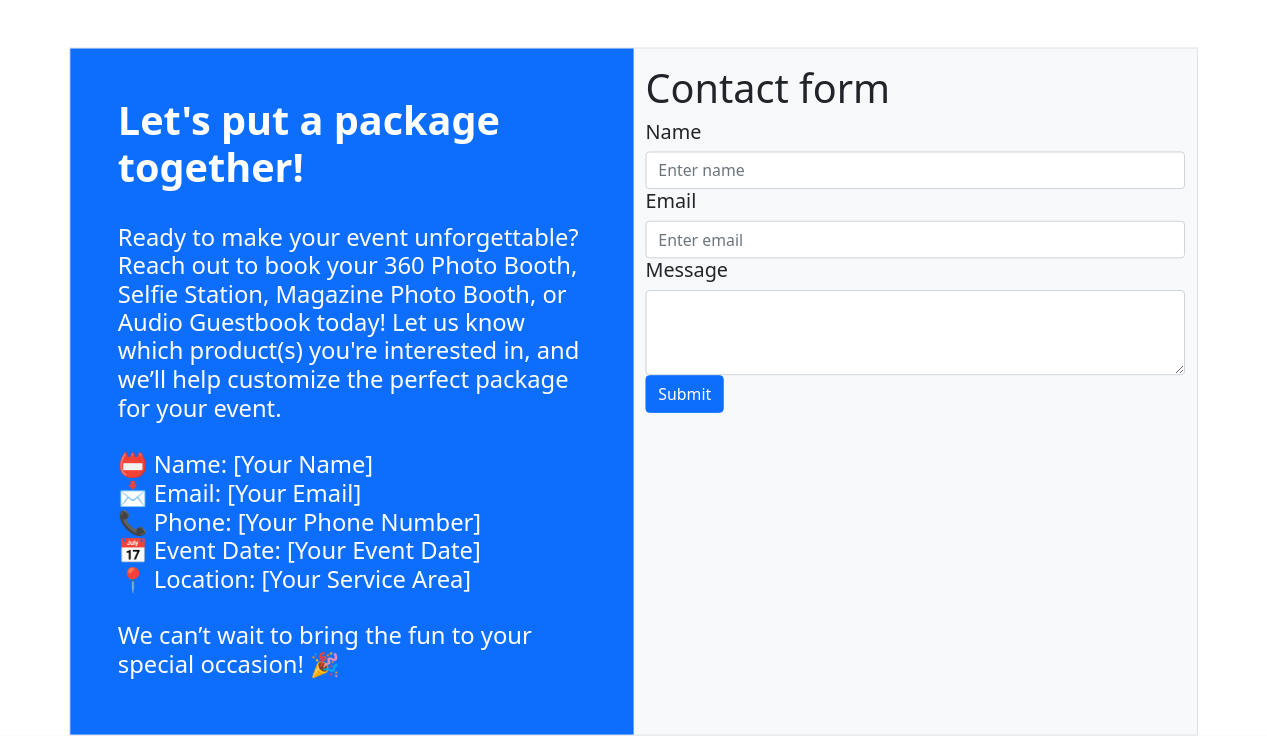
Repository: ErvinClay13/Vogue360-website
Page: contactUs.html
An editor plug-in stored every save of this project. The page is shown before and after the next save, followed by the edit.
The browser window is 1280 px wide. The pictures show the whole page, at 99% of full size.
Backgrounds fixed to the window are drawn as part of the page.

Above is the page before, as saved 2025-03-06 03:32:15.
Console error: ReferenceError: emailjs is not defined

### contactUs.html
<!DOCTYPE html>
<html lang="en">
<head>
    <meta charset="UTF-8">
    <meta name="viewport" content="width=device-width, initial-scale=1.0">
    <link
         rel="icon"
         type="image.png"
         sizes="32x32"
         href="images/VogueLogo.png">
    <link rel="stylesheet" href="myStyle/style.css">
    <link rel="stylesheet" href="why-us.html">
    <link rel="stylesheet" href="gallery.html">
    <link rel="stylesheet" href="packages.html">
    <link rel="stylesheet" href="home.html">
    <link href="https://cdn.jsdelivr.net/npm/bootstrap@5.0.2/dist/css/bootstrap.min.css"
        rel="stylesheet" integrity="sha384-EVSTQN3/azprG1Anm3QDgpJLIm9Nao0Yz1ztcQTwFspd3yD65VohhpuuCOmLASjC"
        crossorigin="anonymous">
    <title>Contact Us</title>



    <script src="script.js"></script>

    <style>
      /* Hamburger Menu Styles */
      .menu-toggle {
          display: none;
          flex-direction: column;
          cursor: pointer;
          position: absolute;
          top: 20px;
          right: 20px;
          z-index: 1000;
      }

      .menu-toggle div {
          width: 30px;
          height: 4px;
          background-color: white;
          margin: 5px;
          transition: 0.3s;
      }

      .link-pages {
          display: flex;
          gap: 20px;
      }

      #headerText {
          font-size: 5vw;
          text-align: center;
          margin-top: 20px;
      }

      #myLogo {
          height: 200px;
          width: 200px;
          transition: all 0.3s ease;
      }

      @media screen and (max-width: 768px) {
          .menu-toggle {
              display: flex;
          }

          .link-pages {
              display: none;
              flex-direction: column;
              position: absolute;
              top: 60px;
              right: 0;
              background-color: rgba(56, 56, 56, 0.9);
              width: 100%;
              text-align: center;
              padding: 20px 0;
          }

          .link-pages.active {
              display: flex;
          }

          #myLogo {
              height: 80px;
              width: 80px;
              display: block;
              margin: 0 auto;
          }

          #headerText {
              font-size: 20vw;
              text-align: center;
              margin-top: 10px;
          }

          .headService h1 {
              font-size: 5vw;
          }

          header {
              display: flex;
              flex-direction: column;
              align-items: center;
          }

          .vidBox {
          display: flex;
          flex-wrap: wrap;
          justify-content: center;
      }

      .vidBox video {
          width: 100%;
          max-width: 1000px;
          height: 500px;
          transition: height 0.3s ease;
      }

      .blueLight {
        display: none;
      }

      .socialMediaBox {
        display: flex;
        flex-direction: column;
      }

      }
  </style>

    <script type="text/javascript"
    src="https://cdn.jsdelivr.net/npm/@emailjs/browser@4/dist/email.min.js">
</script>
<script type="text/javascript">
(function(){
  emailjs.init({
    publicKey: "pxI3h7P6SQYHLwxAj",
  });
})();
</script>

  </head>
  <body>

    <div class="wrapper">
        <!-- <header>
            <a href="home.html"></a><img  src="images/newLogo.png" id="myLogo" alt="">
            <h1 id="headerText">VOGUE-4ME-360</h1>
            <div class="link-pages" id="link_pages">
                <h3><a href="home.html" id="myLink">Home</a></h3>
                <h3><a href="packages.html" id="myLink">Packages</a></h3>
                <h3><a href="why-us.html" id="myLink">Why Us</a></h3>
                <h3><a href="packages.html" id="myLink">Packages</a></h3>

            </div>
        </header> -->

    </div>

    <div class="container border mt-5 bg-light">
        <div class="row">
          <div class="col-md-6 p-5 bg-primary text-white">
            <h1><strong>Let's put a package together!</strong></h1> <br>
            <h4>
              Ready to make your event unforgettable? Reach out to book your 360 Photo Booth, Selfie Station, Magazine Photo Booth, or Audio Guestbook today! Let us know which product(s) you're interested in, and we’ll help customize the perfect package for your event. <br> <br>

              📛 Name: [Your Name] <br>
              📩 Email: [Your Email] <br>
              📞 Phone: [Your Phone Number] <br>
              📅 Event Date: [Your Event Date] <br>
              📍 Location: [Your Service Area] <br> <br>

              We can’t wait to bring the fun to your special occasion! 🎉
            </h4>
          </div>
          <div class="col-md-6 border-left py-3">
            <h1>Contact form</h1>
            <div class="form-group">
              <h5 for="name">Name</h5>
              <input
                type="text"
                class="form-control"
                id="name"
                placeholder="Enter name"
              />
            </div>
            <div class="form-group">
              <h5 for="email">Email</h5>
              <input
                type="email"
                class="form-control"
                id="email"
                placeholder="Enter email"
              />
            </div>
            <div class="form-group">
              <h5 for="message">Message</h5>
              <textarea class="form-control" id="message" rows="3"></textarea>
            </div>
            <button class="btn btn-primary" onclick="sendMail()">Submit</button>
          </div>
        </div>
      </div>

### myStyle/style.css
@import url('https://fonts.googleapis.com/css2?family=Yellowtail&display=swap');

@font-face {
    font-family: myFont;
   src: url(School.otf);
}

@font-face {
    font-family: myFont2;
   src: url(TripleRainbow.otf);
}

@font-face {
    font-family: myFont3;
   src: url(NewFont.ttf);
}

*{
    padding: 0;
    margin: 0;
    box-sizing: border-box;
}

body {
    background-color: rgba(187, 187, 187, 0.674);
    background-image: url(backgroundLogo.png);
    background-repeat: no-repeat;
    background-position: center;
    background-attachment: fixed;
}

#myLogo {
    height: 200px;
    width: 200px;
    margin-top: 20px;
    margin-left: 40px;
    border: solid 4px #0055d4f5;;
    border-radius: 150px;
    box-shadow: 5px 15px 40px #0055d4f5;



}

header {
    display: flex;
    justify-content: space-between;
    padding-right: 30px;
    padding-left: 50px;
    background-color: rgba(56, 56, 56, 0.698);
    height: 30vh;
    box-shadow: 5px 15px 40px #0055d4f5;
}

a {
    text-decoration: underline;
    color: #151515;
}

a:link {
    color: #151515;
}

a:hover {
    color: #01398cf5;
    text-decoration: underline;
}

.link-pages {
    align-self: center;
    margin-top: 30px;
    font-size: 25px;
    font-family: "Yellowtail", cursive;
    display: flex;
    gap: 20px;
    box-shadow: 5px 15px 40px #0055d4f5;
    text-shadow: 5px 15px 30px #0055d4f5;
}



#myLink {
    color: black;
    font-weight: bold;
    text-shadow: 5px 15px 20px #0055d4;
    cursor: url("cursorLogo.png"), auto;
}
#myLink:hover{
    color: #01398cf5;
}





#servImg {
    height: 250px;
    width: 250px;
    border-radius: 20px;
}

#packImg {
    height: 250px;
    width: 250px;
    border-radius: 20px;
}




#headerText {
    align-content: center;
    margin-top: 70px;
    font-size: 150px;
    font-family: myFont3;
    height: 120px;
    border-radius: 80px;
    text-shadow: 5px 15px 40px #0055d4f5;
    font-weight: 100;

}



.galleryContainer {
    margin-top: 60PX;
    display: flex;
    flex-direction: column;
    align-items: center;
    justify-content: space-between;

}



.galleryBoxes {
    justify-content: center;
    margin-top: 30px;
    display: flex;
    flex-wrap: wrap;
    width: 1000px;
    justify-content: space-between;
    row-gap: 25px;
    box-shadow: 5px 15px 40px #0055d4f5;
}

.boxes:hover {
    transform: scale(1.2);
    box-shadow: 5px 15px 40px #8600d4f5;
}

.homeVidContainer {
    margin-top: 30px;
    display: flex;
    flex-direction: column;
    align-items: center;
    margin-bottom: 200px
}

.vidBox {
    display: flex;
    align-items: center;
    gap: 15px;
    box-shadow: 5px 15px 40px #0055d4f5;
}

.packageTitle {
    display: flex;
    margin-top: 50px;
    flex-direction: column;
    align-items: center;
    font-size: 40px;
    text-shadow: 5px 15px 40px #0055d4f5;
}

.packageContainer {
    margin-top: 100px;
    display: flex;
    gap: 80px;
    justify-content: center;
    text-shadow: 5px 15px 40px #0055d4f5;
    margin-bottom: 100px;
}

#pack {
    border: solid 2px rgb(67, 67, 67);
    box-shadow: 5px 15px 40px #0055d4f5;
    padding: 15px;
    border-radius: 20px;
}

#pack:hover {
    transform: scale(1.2);
    box-shadow: 5px 15px 40px #8600d4f5;
    background-color: #8600d45b;
}

.headBox {
    font-size: 30px;
    padding-bottom: 10px;
}

.headBox:hover {
    color:#8600d4f5;
    cursor: url("cursorLogo.png"), auto;
}

.headService {
    display: flex;
    margin-top: 50px;
    flex-direction: column;
    align-items: center;
    font-size: 40px;
    text-shadow: 5px 15px 40px #0055d4f5;

}

.servicesContainer {
    margin-top: 60px;
    display: flex;
    gap: 80px;
    justify-content: center;
    text-shadow: 5px 15px 40px #0055d4f5;
    margin-bottom: 100px;
    flex-wrap: wrap;

}



.serviceBox {
    max-width: 300px;
    box-shadow: 5px 15px 40px #0055d4f5;
    text-align: center;
    border-radius: 10px;
    padding: 20px;

}

.serviceBox:hover {
    transform: scale(1.2);
    box-shadow: 5px 15px 40px #8600d4f5;

}
.bookToday {
    margin-top: 10px;
    box-shadow: 5px 15px 40px #0055d4f5;
    text-shadow: 5px 15px 40px #0055d4f5;
    cursor: url("cursorLogo.png"), auto;
    border: solid 2px #0055d4f5;
    border-radius: 10px;
    height: 35px;
    width: 120px;
    font-size: 15px;

}

.bookToday:hover {
    background-color: #8600d4f5;
}

.package {
    max-width: 300px;
    box-shadow: 5px 15px 40px #0055d4f5;
    text-align: center;
    border-radius: 10px;
    padding: 20px;
}

.aboutUsContainer {
    margin-top: 60px;
    display: flex;
    gap: 80px;
    justify-content: center;
    text-shadow: 5px 15px 40px #0055d4f5;
    margin-bottom: 100px;
}

.aboutUsBox {
    max-width: 300px;
    box-shadow: 5px 15px 40px #0055d4f5;
    text-align: center;
    border-radius: 10px;
    padding: 20px;
}

.aboutUsBox:hover {
    transform: scale(1.2);
    box-shadow: 5px 15px 40px #8600d4f5;

}

.socialMediaContainer {
    margin-top: 60px;
    display: flex;
    justify-content: center;
    margin-bottom: 100px;
}

.socialMediaBox {
    display: flex;
    gap: 80px;
}

#socImg {
    height: 80px;
    width: 80px;
    border-radius: 100px;
    box-shadow: 5px 15px 40px #0055d4f5;
    cursor: url("cursorLogo.png"), auto;
}

#socImg:hover {
    box-shadow: 5px 15px 40px #8600d4f5;
    transform: scale(1.2);
}

.whyUsImgContainer {
    width: 1920px;
    background-color: gray;
    margin-top: 20px;
    display: flex;
    flex-direction: column;
    align-items: center;
    margin-bottom: 50px;
    box-shadow: 5px 15px 40px #0055d4f5;
}



.whyUsTextContainer{
    display: flex;
    flex-direction: column;
    align-content: center;
    align-items: center;
}

#whyUsHeading{
    font-size: 45px;
    text-shadow: 5px 15px 40px #0055d4f5;
}

#whyUsText {
    margin-top: 25px;
    font-size: 25px;
    width: 1400px;
    text-shadow: 5px 15px 40px #0055d4f5;
}

.whyUsFeaturesContainer {
    margin-top: 60px;
    display: flex;
    gap: 80px;
    justify-content: center;
    text-shadow: 5px 15px 40px #0055d4f5;
    margin-bottom: 200px;
    flex-wrap: wrap;
}

#whyUsImg {
    height:600px;
    width: 600px;
}


.featureBox {
    max-width: 400px;
    max-height: 400px;
    box-shadow: 5px 15px 40px #0055d4f5;
    text-align: center;
    border-radius: 10px;
    padding: 20px;
}


.galleryBoxes {
    justify-content: center;
    margin-top: 30px;
    display: flex;
    flex-wrap: wrap;
    width: 1000px;
    justify-content: space-between;
    row-gap: 25px;
    box-shadow: 5px 15px 40px #0055d4f5;
}

### gallery.html
<!DOCTYPE html>
<html lang="en">
<head>
    <meta charset="UTF-8">
    <meta name="viewport" content="width=device-width, initial-scale=1.0">
    <link
         rel="icon"
         type="image.png"
         sizes="32x32"
         href="images/VogueLogo.png">
    <link rel="stylesheet" href="myStyle/style.css">
    <link rel="stylesheet" href="why-us.html">
    <link rel="stylesheet" href="gallery.html">
    <link rel="stylesheet" href="packages.html">
    <title>Vogue4Me360|Gallery</title>
</head>
<body>

    <div class="wrapper">
        <header>
            <a href="home.html"></a><img  src="images/newLogo.png" id="myLogo" alt="">
            <h1 id="headerText">VOGUE-4ME-360</h1>
            <div class="link-pages" id="link_pages">
                <h3><a href="home.html" id="myLinks">Home</a></h3>
                <h3><a href="packages.html" id="myLinks">Packages</a></h3>
                <h3><a href="why-us.html" id="myLinks">Why Us</a></h3>
                <h3><a href="contactUs.html" id="myLinks">Contact Us</a></h3>
            </div>
        </header>
        <div style="background-color: rgb(0, 0, 0);" class="homeVidContainer">
            <div class="vidBox">
                <div class="boxes"> <video autoplay controls muted loop src="videoGallery/hoW IT STARTED(4).mp4" width="100%" height="700" ></video></div>
            </div>
        </div>
        <div class="galleryContainer">
            <H1>GALLERY</H1>
            <div class="galleryBoxes">
                <div class="boxes"> <video controls src="videoGallery/jacketvid.mp4" width="200" height="300"></video></div>
                <div class="boxes"> <video controls src="videoGallery/galVid2.mp4" width="200" height="300"></video></div>
                <div class="boxes"> <video controls src="videoGallery/galVid6.mp4" width="200" height="300"></video></div>
                <div class="boxes"> <video controls src="videoGallery/galVid4.mp4" width="200" height="300"></video></div>
                <div class="boxes"> <video controls src="videoGallery/galVid3.mp4" width="200" height="300"></video></div>
                <div class="boxes"> <video controls src="videoGallery/jacketvid.mp4" width="200" height="300"></video></div>
                <div class="boxes"> <video controls src="videoGallery/jacketvid.mp4" width="200" height="300"></video></div>
                <div class="boxes"> <video controls src="videoGallery/jacketvid.mp4" width="200" height="300"></video></div>
                <div class="boxes"> <video controls src="videoGallery/jacketvid.mp4" width="200" height="300"></video></div>
                <div class="boxes"> <video controls src="videoGallery/jacketvid.mp4" width="200" height="300"></video></div>
                <!-- <div class="boxes"> <video controls src="videoGallery/jacketvid.mp4" width="200" height="300"></video></div>
                <div class="boxes"> <video controls src="videoGallery/jacketvid.mp4" width="200" height="300"></video></div>
                <div class="boxes"> <video controls src="videoGallery/jacketvid.mp4" width="200" height="300"></video></div>
                <div class="boxes"> <video controls src="videoGallery/jacketvid.mp4" width="200" height="300"></video></div>
                <div class="boxes"> <video controls src="videoGallery/jacketvid.mp4" width="200" height="300"></video></div> -->
            </div>
        </div>
    </div>


    <script src="script.js"></script>
</body>
</html>

### home.html
<!DOCTYPE html>
<html lang="en">
<head>
    <meta charset="UTF-8">
    <meta name="viewport" content="width=device-width, initial-scale=1.0">
    <link rel="icon" type="image/png" sizes="32x32" href="images/VogueLogo.png">
    <link rel="stylesheet" href="myStyle/style.css">
    <title>Vogue4Me360 - Home</title>
    <script src="script.js" defer></script>
    <style>
        /* Hamburger Menu Styles */
        .menu-toggle {
            display: none;
            flex-direction: column;
            cursor: pointer;
            position: absolute;
            top: 20px;
            right: 20px;
            z-index: 1000;
        }

        .menu-toggle div {
            width: 30px;
            height: 4px;
            background-color: white;
            margin: 5px;
            transition: 0.3s;
        }

        .link-pages {
            display: flex;
            gap: 20px;
        }

        #headerText {
            font-size: 5vw;
            text-align: center;
            margin-top: 20px;
        }

        #myLogo {
            height: 200px;
            width: 200px;
            transition: all 0.3s ease;
        }

        @media screen and (max-width: 768px) {
            .menu-toggle {
                display: flex;
            }

            .link-pages {
                display: none;
                flex-direction: column;
                position: absolute;
                top: 60px;
                right: 0;
                background-color: rgba(56, 56, 56, 0.9);
                width: 100%;
                text-align: center;
                padding: 20px 0;
            }

            .link-pages.active {
                display: flex;
            }

            #myLogo {
                height: 80px;
                width: 80px;
                display: block;
                margin: 0 auto;
            }

            #headerText {
                font-size: 20vw;
                text-align: center;
                margin-top: 10px;
            }

            .headService h1 {
                font-size: 5vw;
            }

            header {
                display: flex;
                flex-direction: column;
                align-items: center;
            }

            .vidBox {
            display: flex;
            flex-wrap: wrap;
            justify-content: center;
        }

        .vidBox video {
            width: 100%;
            max-width: 1000px;
            height: 500px;
            transition: height 0.3s ease;
        }

        .blueLight {
          display: none;
        }

        .socialMediaBox {
          display: flex;
          flex-direction: column;
        }

        }
    </style>
</head>
<body>
    <div class="wrapper">
        <header>
            <img src="images/newLogo.png" id="myLogo" alt="Vogue4Me360 Logo">
            <h1 id="headerText">VOGUE-4ME-360</h1>

            <div class="menu-toggle" onclick="toggleMenu()">
                <div></div>
                <div></div>
                <div></div>
            </div>

            <nav class="link-pages" id="link_pages">
                <a href="why-us.html">Why Us</a>
                <a href="gallery.html">Gallery</a>
                <a href="packages.html">Packages</a>
                <a href="contactUs.html">Contact Us</a>
            </nav>
        </header>

        <!-- Video Section -->
        <div class="homeVidContainer">
            <div class="vidBox">
                <video class="blueLight" style="transform: rotateY(180deg) rotateX(180deg)" autoplay muted loop src="myStyle/Untitled design(3).mp4" width="100%" height="500"></video>
                <video autoplay muted loop src="videoGallery/jacketvid.mp4" width="100%" height="500"></video>
                <video style="filter: grayscale(100%)" autoplay muted loop src="videoGallery/jacketvid.mp4" width="100%" height="500"></video>
                <video autoplay muted loop src="videoGallery/jacketvid.mp4" width="100%" height="500"></video>
                <video class="blueLight" style="transform: rotateX(180deg) rotate(180deg)" autoplay muted loop src="myStyle/Untitled design(3).mp4" width="100%" height="500"></video>
            </div>
        </div>

        <!-- Services Section -->
        <div class="headService">
            <h1>OUR PHOTO SERVICES</h1>
        </div>
        <div class="whyUsFeaturesContainer">
            <div class="serviceBox">
                <div class="headBox">360 Photo Booth</div>
                <div class="serviceImg">
                    <img id="servImg" src="images/vogue1.jpg" alt="360 Photo Booth" />
                </div>
                <p>We'll catch every angle with our Vogue 4Me 360 Photo Booth!</p>
                <a href="contactUs.html">
                    <button class="bookToday">BOOK TODAY</button>
                </a>
            </div>
            <div class="serviceBox">
                <div class="headBox">Selfie Station</div>
                <div class="serviceImg">
                    <img id="servImg" src="images/selfie.gif" alt="Selfie Station" />
                </div>
                <p>Create A Memory That Will Last Forever With Our Vogue 4Me Selfie Station!</p>
                <a href="contactUs.html">
                    <button class="bookToday">BOOK TODAY</button>
                </a>
            </div>
            <div class="serviceBox">
                <div class="headBox">Magazine Photo Booth</div>
                <div class="serviceImg">
                    <img id="servImg" src="images/Mag_photo-2.jpg" alt="Magazine Photo Booth" />
                </div>
                <p>Be The Headline Of Your Own Magazine With Our Vogue 4Me Magazine Photo Booth.</p>
                <a href="contactUs.html">
                    <button class="bookToday">BOOK TODAY</button>
                </a>
            </div>
            <div class="serviceBox">
                <div class="headBox">Audio Guestbook</div>
                <div class="serviceImg">
                    <img id="servImg" src="images/audio guest book.webp" alt="Audio Guestbook" />
                </div>
                <p>Ditch The Pen And Paper GuestBook And Upgrade To Our Vogue 4Me Audio Guestbook Which Allows Your Guests To Record A Message For Your Special Event.</p>
                <a href="contactUs.html">
                    <button class="bookToday">BOOK TODAY</button>
                </a>
            </div>
        </div>

        <!-- Social Media Section -->
        <div class="socialMediaContainer">
            <div class="socialMediaBox">
                <img id="socImg" src="images/facebook-circle-logo-png.png" alt="Facebook" />
                <img id="socImg" src="images/instaLogo.jpg" alt="Instagram" />
                <img id="socImg" src="images/youTubeLogo.png" alt="YouTube" />
                <img id="socImg" src="images/tiktok logo.jpg" alt="TikTok" />
            </div>
        </div>
    </div>

    <script>
        function toggleMenu() {
            document.getElementById("link_pages").classList.toggle("active");
        }
    </script>
</body>
</html>

Loaded but not shown: script.js (22 lines, source omitted); why-us.html (182 lines, source omitted); packages.html (202 lines, source omitted)

After the next save:
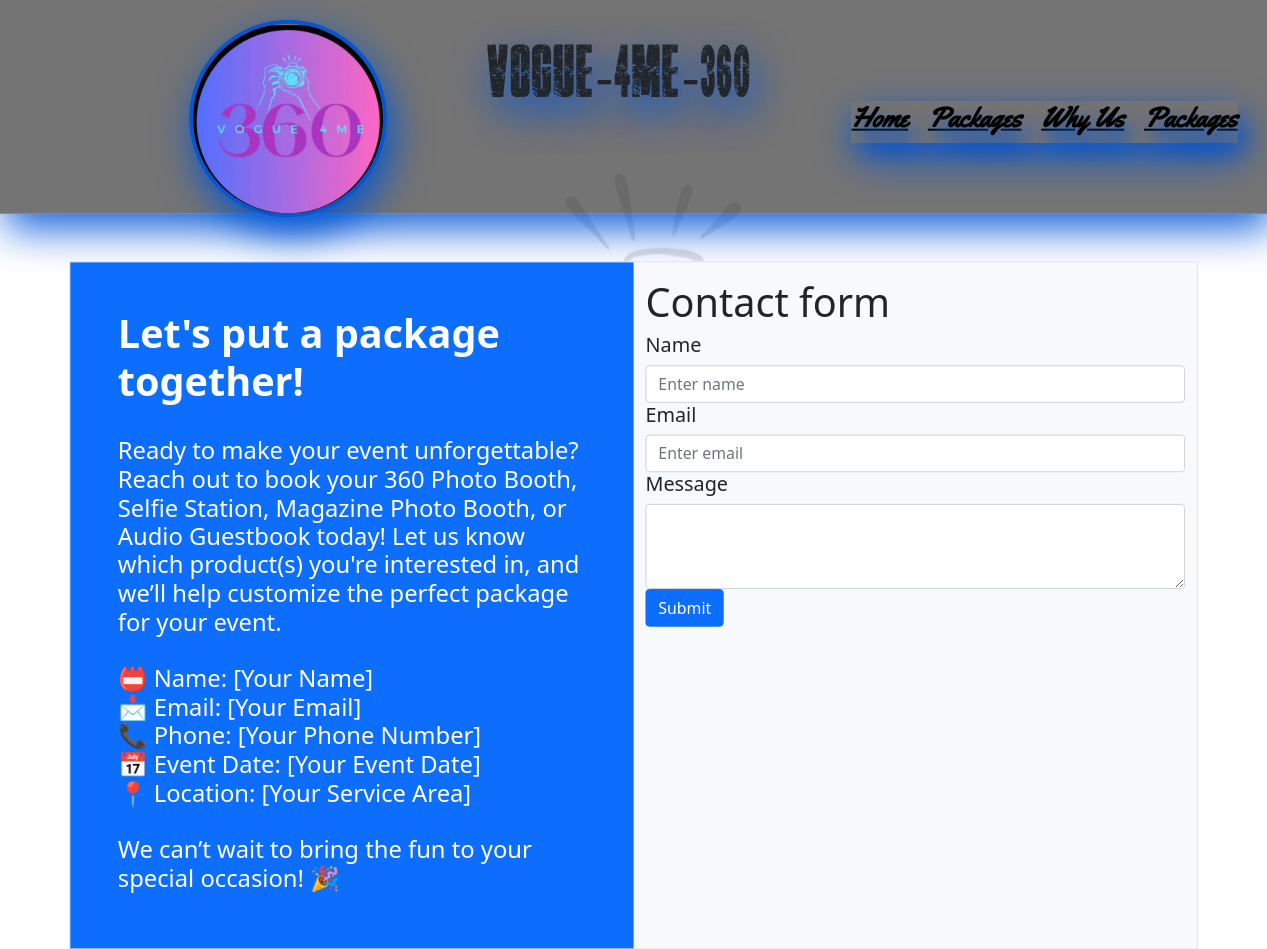
Saved 5 s later.
--- a/contactUs.html
+++ b/contactUs.html
@@ -143,7 +143,7 @@
   <body>
 
     <div class="wrapper">
-        <!-- <header>
+        <header>
             <a href="home.html"></a><img  src="images/newLogo.png" id="myLogo" alt="">
             <h1 id="headerText">VOGUE-4ME-360</h1>
             <div class="link-pages" id="link_pages">
@@ -153,8 +153,7 @@
                 <h3><a href="packages.html" id="myLink">Packages</a></h3>
 
             </div>
-        </header> -->
-
+        </header>
     </div>
 
     <div class="container border mt-5 bg-light">
